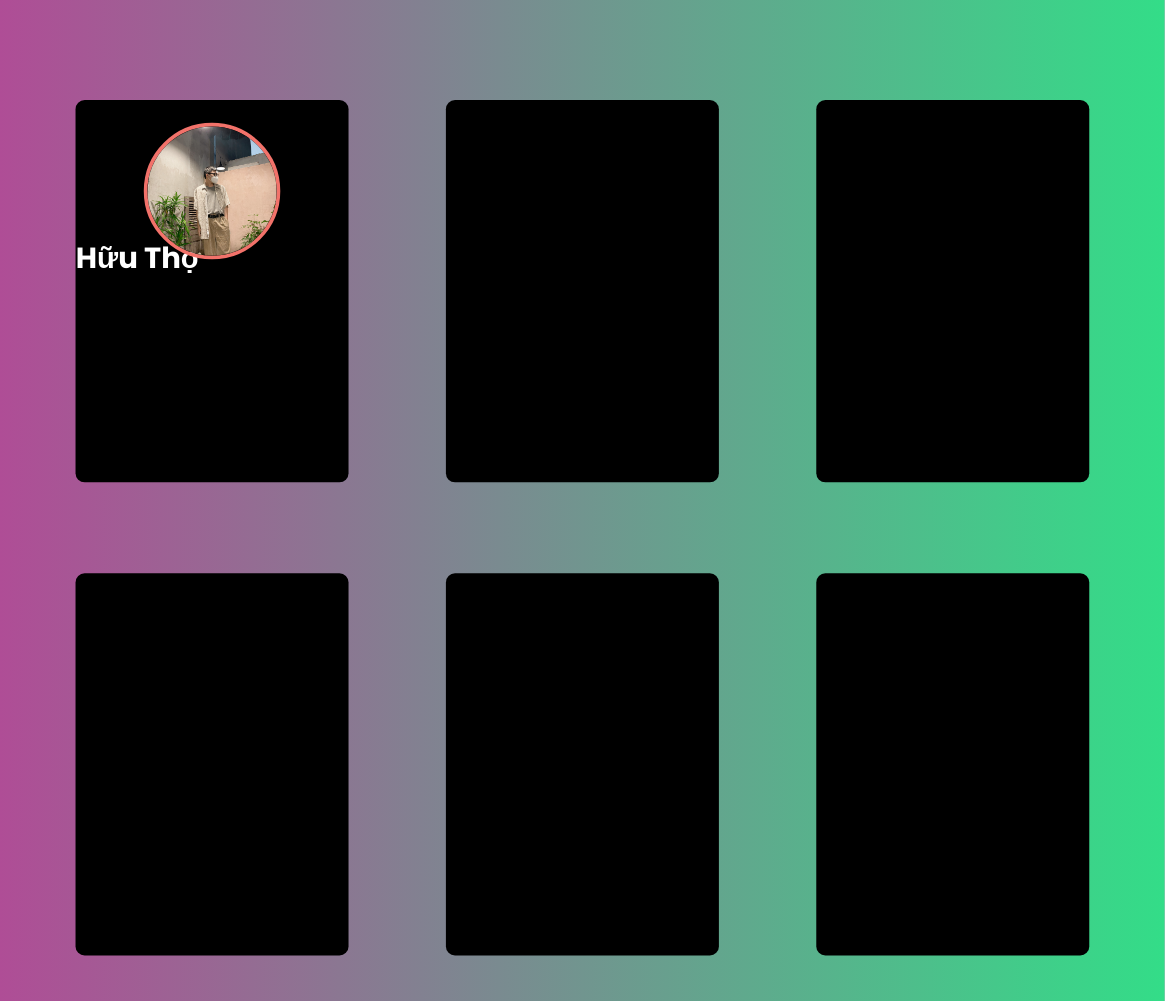
Repository: lausamtuong/profileCard
Page: index.html
These files come from the project's save history. The page is drawn as it stood at one moment and after the next save; the edit follows.
The browser window is 1280 px wide. The pictures show the whole page, at 91% of full size.
The style sheet was rebuilt from its Sass, Less or Tailwind sources for each picture, by a compiler version that may differ from the author's.

Above is the page before, as saved 2021-12-14 15:25:06.

### index.html
<!DOCTYPE html>
<html lang="en">
<head>
    <meta charset="UTF-8">
    <meta http-equiv="X-UA-Compatible" content="IE=edge">
    <meta name="viewport" content="width=device-width, initial-scale=1.0">
    <link rel="stylesheet" href="style.css">
    <link href="https://fonts.googleapis.com/css2?family=Lato:ital,wght@1,700;1,900&family=Poppins:wght@400;500;700&display=swap" rel="stylesheet">

    <title>Document</title>
</head>
<body>
    <div class="card__list">
        <div class="card__item">
            <div class="card__image">
                <img src="tho.jpg" alt="">
            </div>
            <div class="card__name">Hữu Thọ</div>
            <div class="card__school"></div>
            <div class="card__social"></div>
            <div class="card__btn"></div>
        </div>
        <div class="card__item"></div>
        <div class="card__item"></div>
        <div class="card__item"></div>
        <div class="card__item"></div>
        <div class="card__item"></div>

    </div>
</body>
</html>

### style.scss
*{
    margin: 0;
    padding: 0;
    box-sizing: border-box;
}
html{
    font-family: 'Poppins', sans-serif;
}
:root {
    --pink-color: #f2726a;
  }
body{
    height: 100vh;
    background-image: linear-gradient(to right, #af4d96, #3d8);
}
.card{
    &__list{
        margin: 120px auto;
      display: flex;
      flex-wrap: wrap;
      justify-content: space-around;
      margin: 60px 30px;
    }
    &__item{
        width:300px;
        height:420px;
        background-color: #000;
        margin: 50px 20px;
        border-radius: 10px;
    }
    &__image{
        width: 150px;
        height: 150px;
        overflow: hidden;
        transition: 0.25s;
        margin: 0 auto;
        transform: translateY(25px);
        border-radius: 50%;
        border: 4px solid var(--pink-color);
        cursor: pointer;
        &:hover{
            width: 100%;
            height: 100%;
            border-radius: unset;
            border: unset;
            transform: unset;
             }
        }
      &__name{
          color:#fff;
          font-weight: 700;
          font-size: 2rem;
      }
    }
img{
        width: 100%;
        height: 100%;
        object-fit: cover;
        object-position: center;
    }

After the next save:
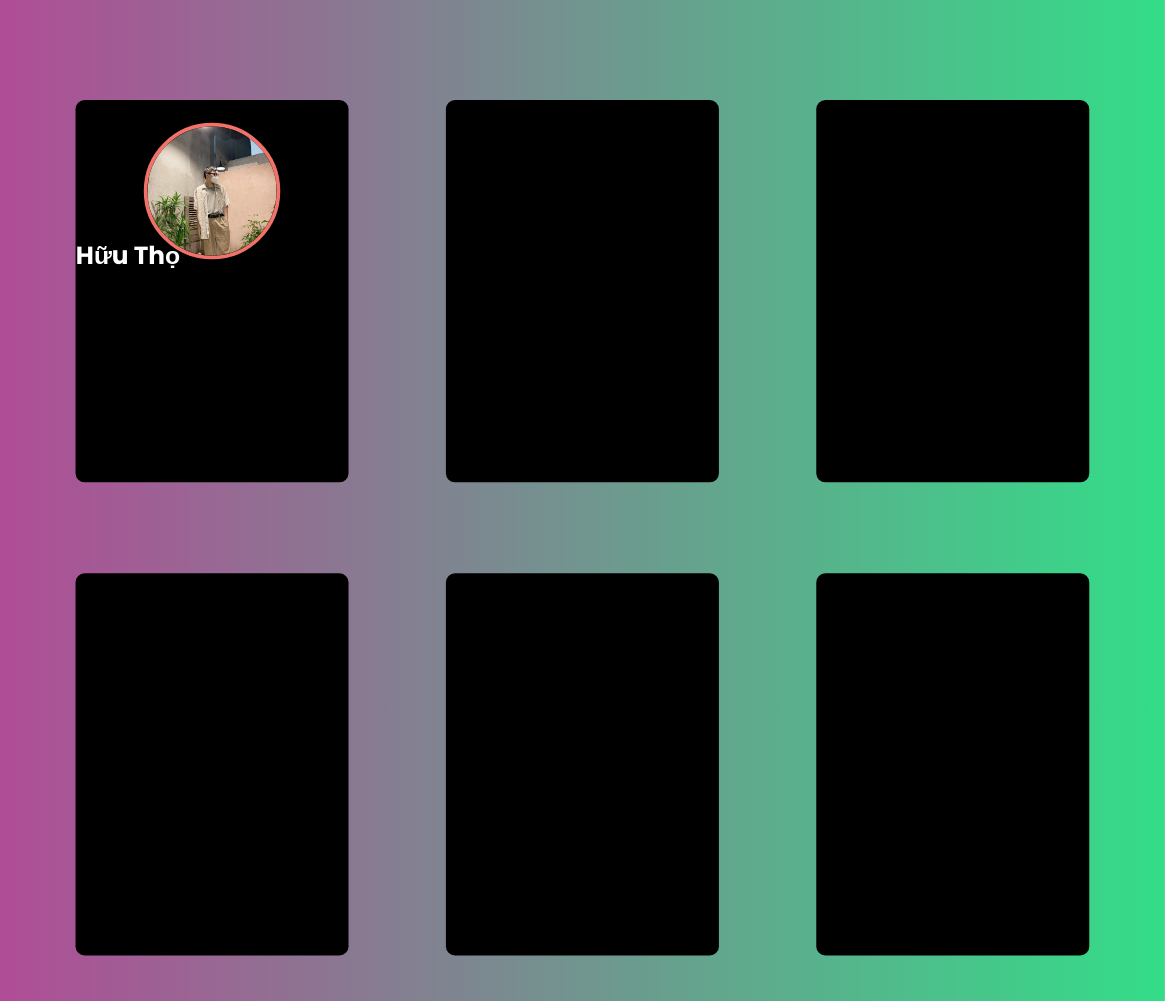
Saved 16 s later.
--- a/style.scss
+++ b/style.scss
@@ -49,7 +49,7 @@ body{
       &__name{
           color:#fff;
           font-weight: 700;
-          font-size: 2rem;
+          font-size: 1.7rem;
       }
     }
 img{
